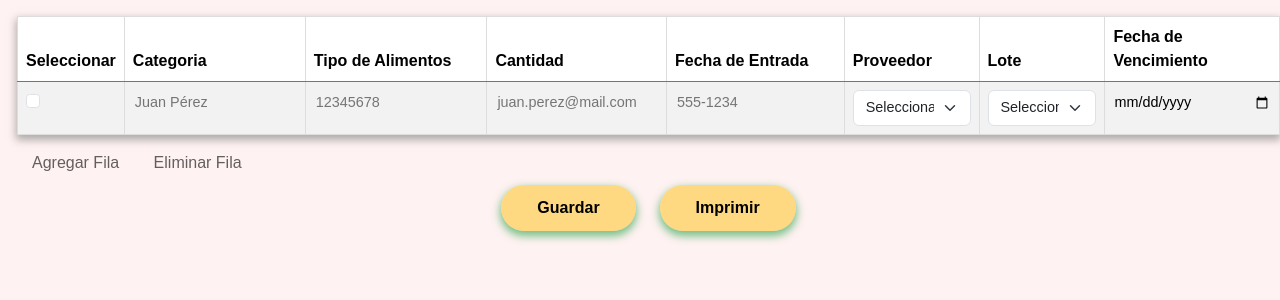
Repository: Mateojimenezz/Granja-Santa-Helena
Page: registroDiarioDeAlimentos.html
An editor plug-in stored every save of this project. The page is shown before and after a run of saves, followed by the edit.
The browser window is 1280 px wide. The pictures show the whole page.
Some web fonts or font styles are not loaded; a fallback is used.

Above is the page before, as saved 2025-04-22 15:34:33.

After the next 2 saves:
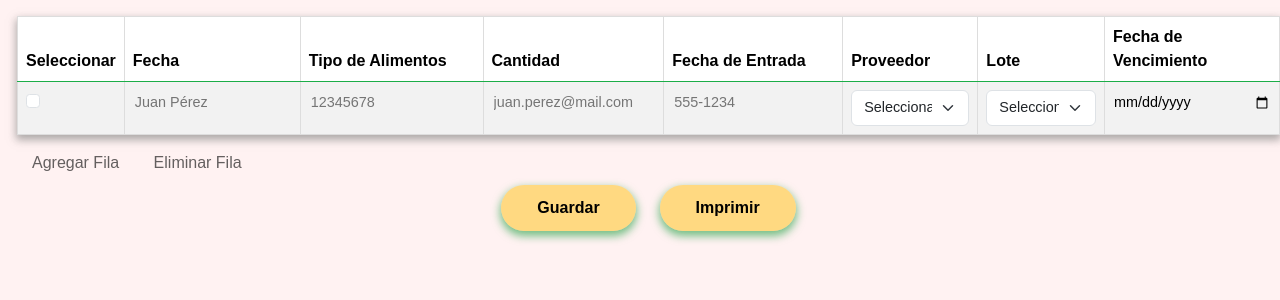
The 2 saves are shown as one change because they came seconds apart.
The last was saved 22 s later.
--- a/registroDiarioDeAlimentos.html
+++ b/registroDiarioDeAlimentos.html
@@ -15,7 +15,7 @@
           <thead class="table">
             <tr>
               <th>Seleccionar</th> <!-- Nueva columna -->
-              <th>Categoria</th>
+              <th>Fecha</th>
               <th>Tipo de Alimentos</th>
               <th>Cantidad</th>
               <th>Fecha de Entrada</th>
